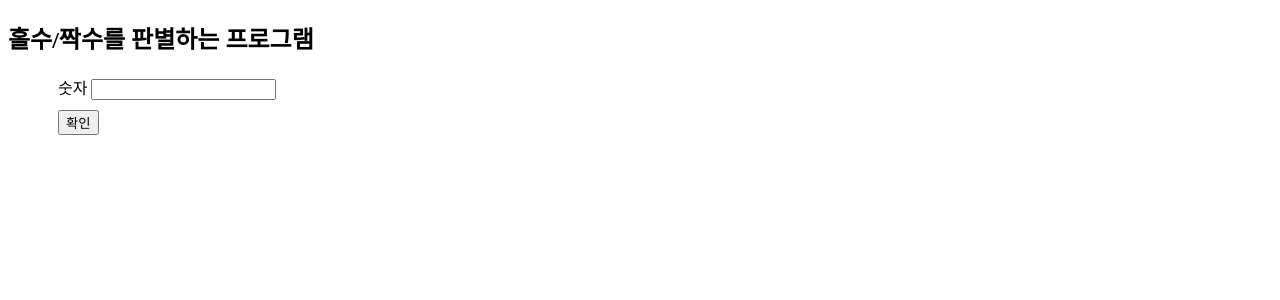
Repository: Kongnamu/JSPworks
Page: http://localhost/jwbook/request/even_odd.jsp
An editor plug-in stored every save of this project. The page is shown before and after the next save, followed by the edit.
The browser window is 1280 px wide. The pictures show the whole page.
The page is served by Tomcat 9.

Above is the page before, as saved 2023-11-21 06:14:32.

After the next save:
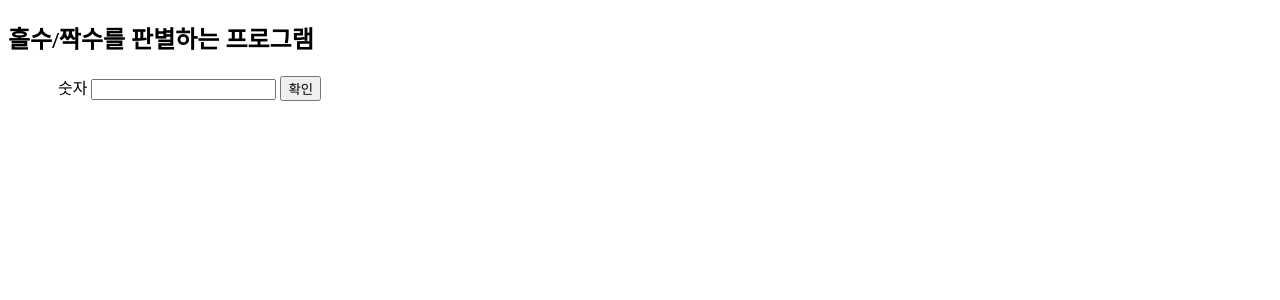
Saved 2 min 7 s later.
--- a/jwbook/src/main/webapp/request/even_odd.jsp
+++ b/jwbook/src/main/webapp/request/even_odd.jsp
@@ -13,14 +13,14 @@
 	<form action="calcProcess.jsp" method="post">
 	<h2>홀수/짝수를 판별하는 프로그램</h2>
 	<ul>
-			<li>
-				<label for="num">숫자 </label>
-				<input type="text" id="num" name="num">
-			</li>
-			<li>
-				<!-- <input type="submit" value="로그인"> -->
-				<button type="submit">확인</button>
-			</li>
-		</ul>
+		<li>
+			<label for="num">숫자 </label>
+			<input type="text" id="num" name="num">
+			<button type="submit">확인</button>
+		</li>
+		<!-- <li>
+			<button type="submit">확인</button>
+		</li> -->
+	</ul>
 </body>
 </html>
